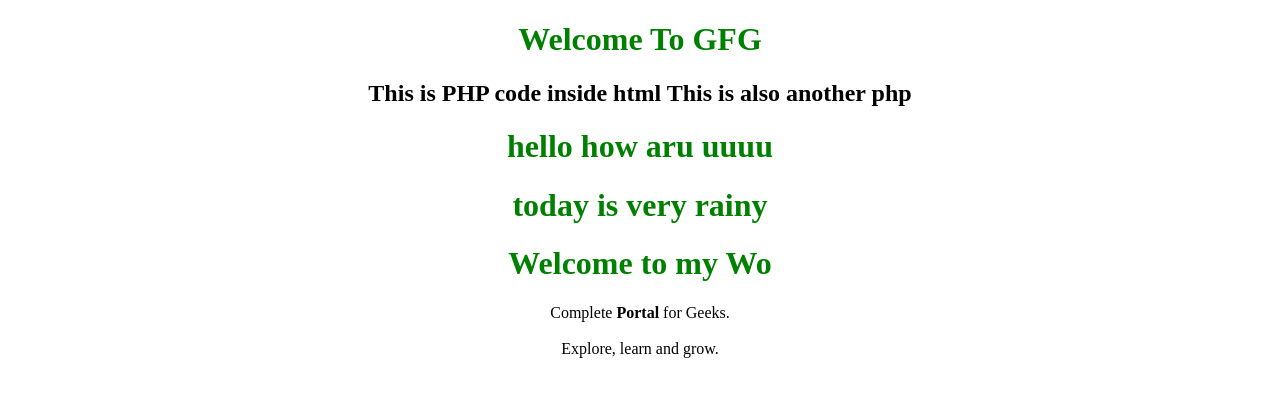
Repository: aashlinrajan/PHPprojectGH
Page: http://localhost/example1.php
The author's editor kept a copy of each file at every save. The page is drawn from the files as they stood at one save, then again after the next save.
The browser window is 1280 px wide. The pictures show the whole page.
The page is run by PHP 8.4 with error messages shown; the project is at /var/www/html/.

Above is the page before, as saved 2022-12-14 11:11:22.

After the next save:
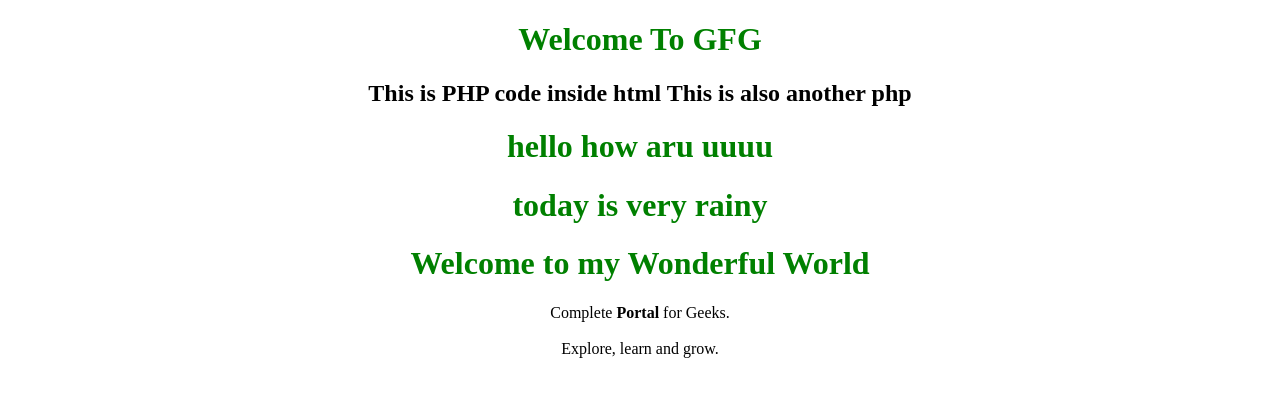
Saved 6 s later.
--- a/example1.php
+++ b/example1.php
@@ -38,7 +38,7 @@
 
 <body>
     <center>
-        <h1>Welcome  to my Wo</h1>
+        <h1>Welcome  to my Wonderful World</h1>
 
         <p>
 <?php
